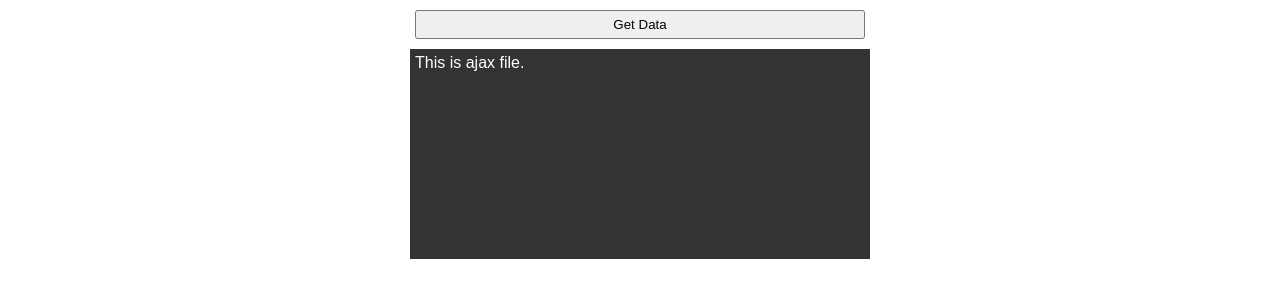
Repository: PankajSutharPersistent/vm-backup
Page: workspaceJavaScript/Demo/step-29-ajax.html
An editor plug-in stored every save of this project. The page is shown before and after the next save, followed by the edit.
The browser window is 1280 px wide. The pictures show the whole page.
After loading, the first visible `button` was clicked once.

Above is the page before, as saved 2016-12-31 04:14:38.

After the next save:
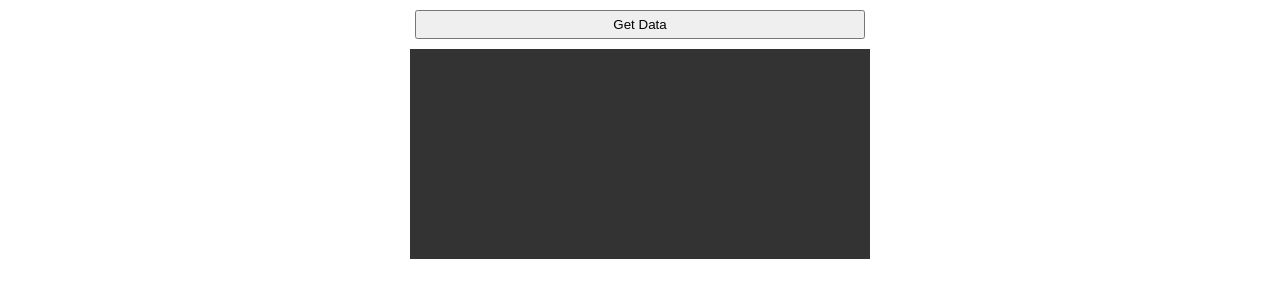
Saved 27 min 9 s later.
--- a/workspaceJavaScript/Demo/step-29-ajax.html
+++ b/workspaceJavaScript/Demo/step-29-ajax.html
@@ -30,12 +30,14 @@
 			document.querySelector("button").addEventListener("click", clickHandler);
 		};
 		function clickHandler(){
-			xhr.open("get","data/	data.txt", false);
+			xhr.open("get","data/	data.txt", true);
 			xhr.send();
 		}
 		function changeHandler(){
+			if(xhr.status==4 && xhr.readyState==200){
 			console.log(xhr.readyState);
 			document.getElementsByClassName("box")[0].innerHTML += xhr.responseText;
+		}
 		}
 	</script>
 </head>
